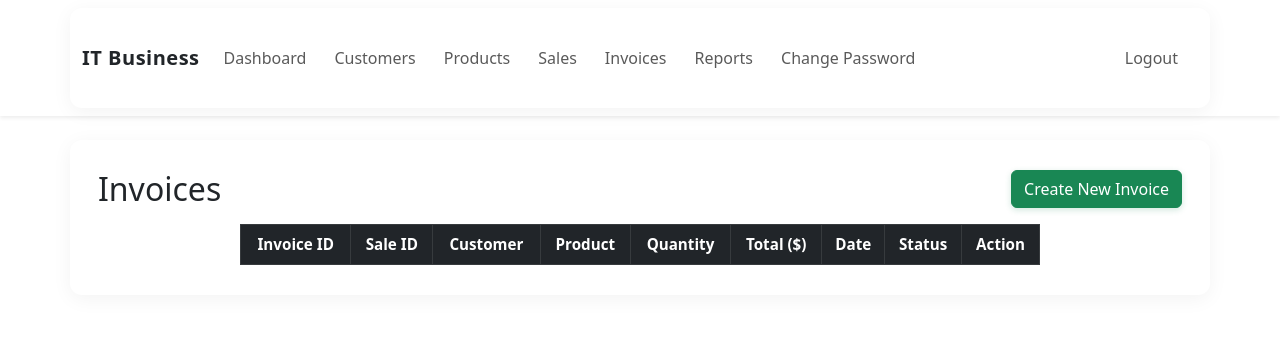
Repository: asmsaifulislam/it_business
Page: http://localhost/invoice
An editor plug-in stored every save of this project. The page is shown before and after the next save, followed by the edit.
The browser window is 1280 px wide. The pictures show the whole page.
The page is served by the project's application, run on Flask 3 (app.py). The session is filled in as if someone had signed in: {"user_id": 1}. Queries for data that is not in the repository find no rows.

Above is the page before, as saved 2025-09-07 22:36:31.

After the next save:
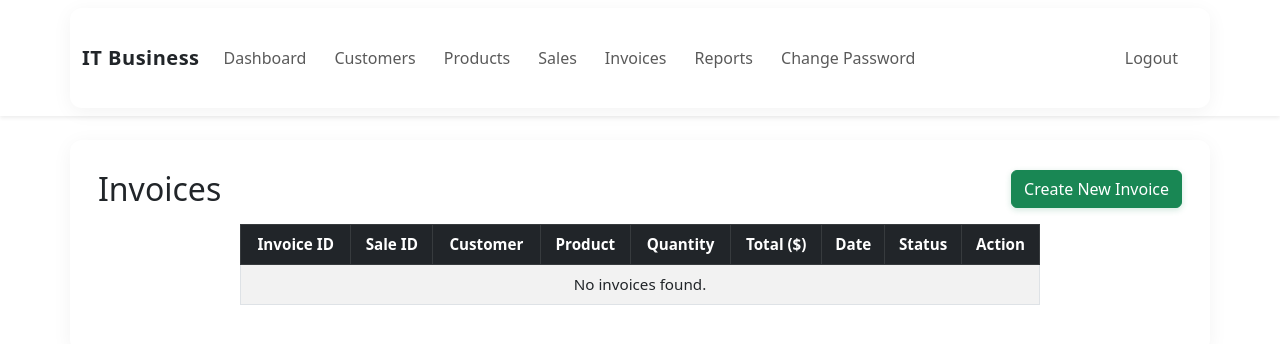
Saved 100 s later.
--- a/templates/invoice.html
+++ b/templates/invoice.html
@@ -7,9 +7,9 @@
     <a href="{{ url_for('create_invoice') }}" class="btn btn-success">Create New Invoice</a>
 </div>
 
-<!-- Fixed-Width Table -->
-<div class="table-responsive px-0">
-    <table class="table table-bordered table-hover" style="width:2374px; margin:0 auto;">
+<!-- Responsive Table -->
+<div class="table-responsive">
+    <table class="table table-bordered table-hover table-striped text-center">
         <thead class="table-dark">
             <tr>
                 <th>Invoice ID</th>
@@ -27,12 +27,12 @@
             {% for invoice in invoices %}
             <tr>
                 <td>{{ invoice.id }}</td>
-                <td>{{ invoice.sale.id }}</td>
+                <td>{{ invoice.sale.id if invoice.sale else 'N/A' }}</td>
                 <td>{{ invoice.sale.customer.name if invoice.sale and invoice.sale.customer else 'N/A' }}</td>
                 <td>{{ invoice.sale.product.name if invoice.sale and invoice.sale.product else 'N/A' }}</td>
-                <td>{{ invoice.sale.quantity }}</td>
-                <td>${{ "%.2f"|format(invoice.sale.total) }}</td>
-                <td>{{ invoice.sale.updated_at.strftime('%Y-%m-%d %H:%M') }}</td>
+                <td>{{ invoice.sale.quantity if invoice.sale else 'N/A' }}</td>
+                <td>${{ "%.2f"|format(invoice.sale.total) if invoice.sale else '0.00' }}</td>
+                <td>{{ invoice.date_created.strftime('%Y-%m-%d %H:%M') }}</td>
                 <td>
                     {% if invoice.status == 'Paid' %}
                         <span class="badge bg-success">Paid</span>
@@ -41,14 +41,18 @@
                     {% endif %}
                 </td>
                 <td>
-                    {% if invoice.status != 'Paid' %}
-                    <form action="{{ url_for('generate_invoice', sale_id=invoice.sale.id) }}" method="post" style="display:inline;">
-                        <button type="submit" class="btn btn-primary btn-sm">Generate Invoice</button>
-                    </form>
+                    {% if invoice.status != 'Paid' and invoice.sale %}
+                        <form action="{{ url_for('generate_invoice', sale_id=invoice.sale.id) }}" method="post" style="display:inline;">
+                            <button type="submit" class="btn btn-primary btn-sm">Generate Invoice</button>
+                        </form>
                     {% else %}
                         <button class="btn btn-secondary btn-sm" disabled>Already Paid</button>
                     {% endif %}
                 </td>
+            </tr>
+            {% else %}
+            <tr>
+                <td colspan="9">No invoices found.</td>
             </tr>
             {% endfor %}
         </tbody>
